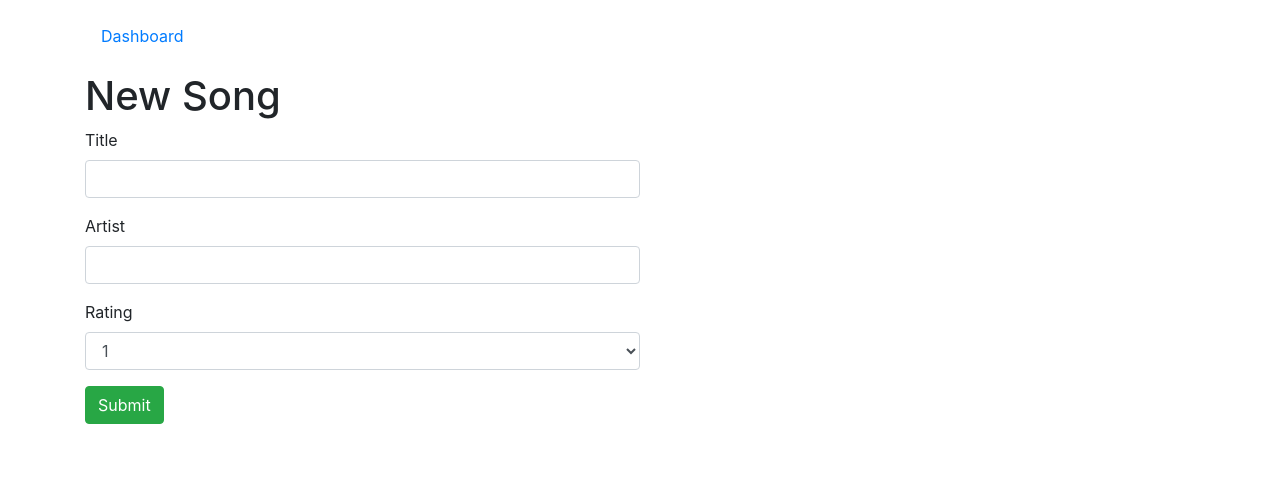
Repository: ACow3/java
Page: http://localhost/lookify/WEB-INF/lookify/new.jsp
These files come from the project's save history. The page is drawn as it stood at one moment and after the next save; the edit follows.
The browser window is 1280 px wide. The pictures show the whole page.
The page is served by Tomcat 9. Nobody is signed in. The template is opened directly, without the code that normally fills it, so the values that code supplies are empty.

Above is the page before, as saved 2019-08-15 21:18:19.

After the next save:
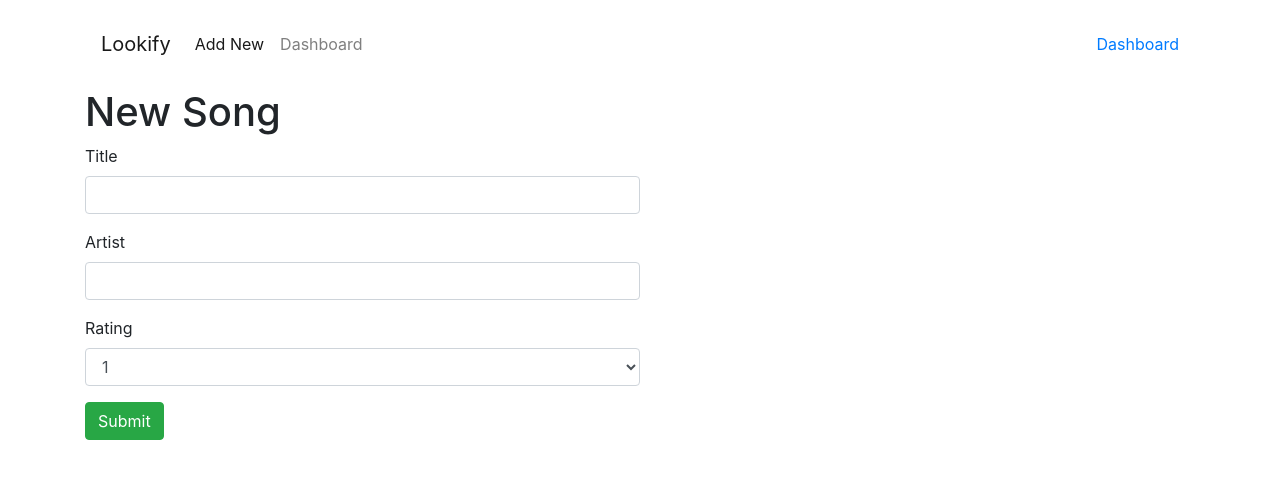
Saved 20 s later.
--- a/java_spring/lookify/src/main/webapp/WEB-INF/lookify/new.jsp
+++ b/java_spring/lookify/src/main/webapp/WEB-INF/lookify/new.jsp
@@ -15,7 +15,7 @@
 <body>
 	<div class="container">
 		<nav class="navbar navbar-expand-lg navbar-light bg-white mt-3 mb-3">
-<!-- 			<a class="navbar-brand" href="/">Lookify</a>
+			<a class="navbar-brand" href="/">Lookify</a>
 			<button class="navbar-toggler" type="button" data-toggle="collapse"
 				data-target="#navbarTogglerDemo02"
 				aria-controls="navbarTogglerDemo02" aria-expanded="false"
@@ -29,10 +29,10 @@
 						href="/songs/new">Add New <span class="sr-only">(current)</span>
 					</a></li>
 					<li class="nav-item"><a class="nav-link" href="/dashboard">Dashboard</a></li>
-				</ul> -->
+				</ul>
 				<a class="form-inline my-2 my-lg-0" href="/dashboard">Dashboard</a>
 
-			<!-- </div> -->
+			</div>
 		</nav>
 
 		<h1>New Song</h1>
